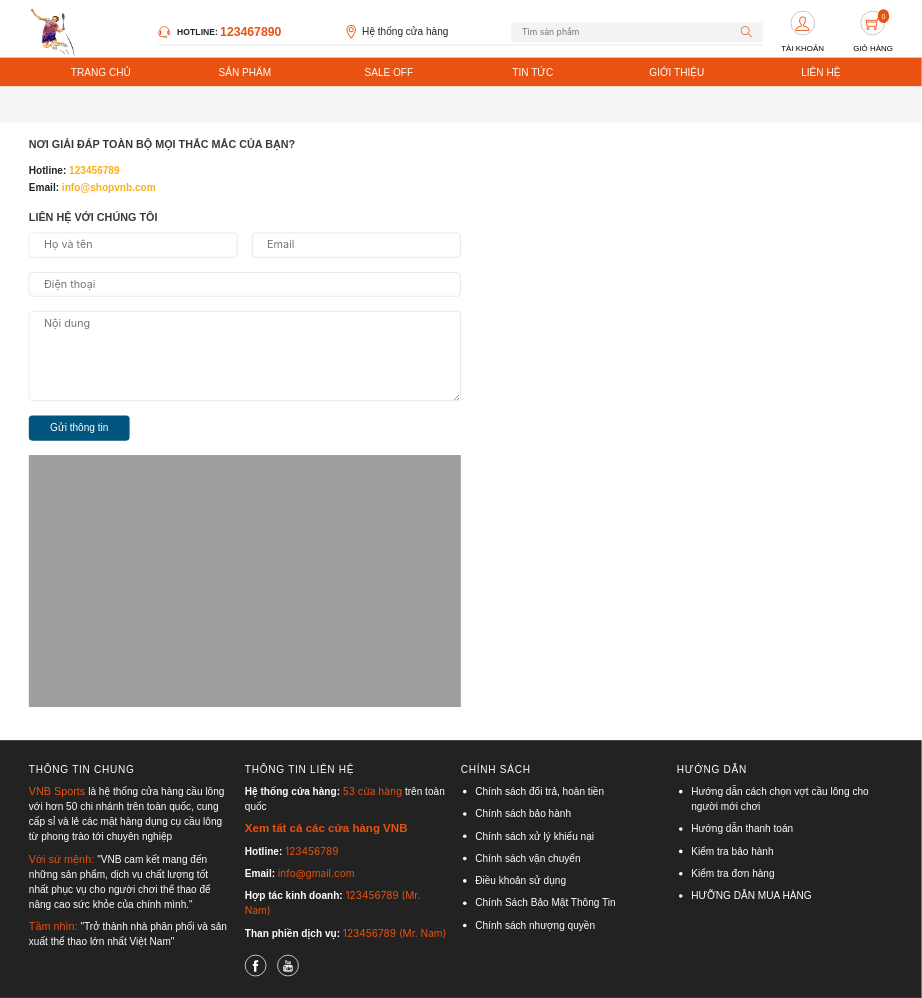
Repository: Namtran3107/CauLongSo1
Page: contact.html
An editor plug-in stored every save of this project. The page is shown before and after the next save, followed by the edit.
The browser window is 1280 px wide. The pictures show the whole page, at 72% of full size.
Pictures or frames that could not be fetched are drawn as grey boxes.

Above is the page before, as saved 2022-12-11 13:36:21.

### contact.html
<!DOCTYPE html>
<html lang="en">
<head>
    <meta charset="UTF-8">
    <meta http-equiv="X-UA-Compatible" content="IE=edge">
    <meta name="viewport" content="width=device-width, initial-scale=1.0">
    <link rel="stylesheet" href="./index.css">
    <link rel="stylesheet" href="./product.css">
    <link rel="stylesheet" href="./contact.css">
    <link rel="stylesheet" href="./themify-icons-font/themify-icons/themify-icons.css">
    <link rel="stylesheet" href="https://stackpath.bootstrapcdn.com/bootstrap/4.3.1/css/bootstrap.min.css" integrity="sha384-ggOyR0iXCbMQv3Xipma34MD+dH/1fQ784/j6cY/iJTQUOhcWr7x9JvoRxT2MZw1T" crossorigin="anonymous">
    <title>Cau Long So 1</title>
</head>
<body>
    <div id="body-all-website">
        <div id="body-width-all">
            <div id="header-website-top">
                <div class="header-website">
                    <div class="header-logo-and-account-all">
                        <a href="" class="header-logo-website">
                            <img src="./img/pngtree-badminton-fitness-little-boy-image_1289549.png" alt="" class="header-logo">
                        </a>
                        <div class="header-phone-location-search">
                            <div class="header-phone-location-search-list">
                                <div class="header-phone-number">
                                    <div class="header-logo-number"><div class="ti-headphone-alt"></div></div>
                                    <div class="header-content-phone-number">HOTLINE: </div>
                                    <div class="header-phone-number-item">123467890</div>
                                </div>
                                <div class="header-location-store">
                                    <div class="header-logo-location"><div class="ti-location-pin"></div></div>
                                    <div class="header-content-location">Hệ thống cửa hàng</div>
                                </div>
                                <div class="header-search-product">
                                    <input type="text" name="" id="" class="header-input-search" placeholder="Tìm sản phẩm">
                                    <a href="" class="header-logo-search"><div class="ti-search"></div></a>
                                    <div class="header-input-history-all">
                                        <div class="header-input-history-list">
                                            <div class="header-input-history-content">
                                                <div class="header-input-history-name-content">Tìm kiếm gần đây</div>
                                            </div>
                                            <div class="header-input-history-item">
                                                <a href="" class="input-history-img"><img src="./img/history.PNG" alt=""></a>
                                                <div class="input-history-name-procduc-and-price">
                                                    <a href="" class="input-history-name-procduc"><div>Giày cầu lông trẻ em Kumpoo KH-F07J xanh chính hãng</div></a>
                                                    <div class="input-history-product-price">690.000 ₫</div>
                                                </div>
                                                <a href="" class="input-history-delete"><div class="ti-close"></div></a>
                                            </div>
                                            <div class="header-input-history-item">
                                                <a href="" class="input-history-img"><img src="./img/history.PNG" alt=""></a>
                                                <div class="input-history-name-procduc-and-price">
                                                    <a href="" class="input-history-name-procduc"><div>Giày cầu lông trẻ em Kumpoo KH-F07J xanh chính hãng</div></a>
                                                    <div class="input-history-product-price">690.000 ₫</div>
                                                </div>
                                                <a href="" class="input-history-delete"><div class="ti-close"></div></a>
                                            </div>
                                            <div class="header-input-history-item">
                                                <a href="" class="input-history-img"><img src="./img/history.PNG" alt=""></a>
                                                <div class="input-history-name-procduc-and-price">
                                                    <a href="" class="input-history-name-procduc"><div>Giày cầu lông trẻ em Kumpoo KH-F07J xanh chính hãng</div></a>
                                                    <div class="input-history-product-price">690.000 ₫</div>
                                                </div>
                                                <a href="https://www.facebook.com/" class="input-history-delete"><div class="ti-close"></div></a>
                                            </div>
                                        </div>
                                    </div>
                                </div>
                            </div>
                        </div>
                        <div class="header-account-website">
                            <div class="account-header-list">
                                <div class="account-website">
                                    <div class="logo-account-website">
                                        <div class="ti-user"></div>
                                        <div class="content-account-website content-account-website-color">TÀI KHOẢN</div>
                                        <div class="account-login-and-register">
                                            <a href="" class="account-login-register-list">
                                                <div class="account-login-register-logo"><div class="ti-share"></div></div>
                                                <div class="ccount-login-register-content">Đăng nhập</div>
                                            </a>
                                            <a href="" class="account-login-register-list">
                                                <div class="account-login-register-logo"><div class="ti-share-alt"></div></div>
                                                <div class="ccount-login-register-content">Đăng ký</div>
                                            </a>
                                        </div>
                                    </div>
                                    <div class="cart-website-header">
                                        <a href="" class="cart-website">
                                            <div class="ti-shopping-cart"></div>
                                            <div class="content-cart-website content-account-website-color">GIỎ HÀNG</div>
                                        </a>
                                        <div class="cart-list">
                                            <div class="cart-list-son">
                                                <div class="cart-list-logo"><div class="ti-bag"></div></div>
                                                <span class="cart-list-text">Không có sản phẩm nào trong giỏ hàng của bạn</span>
                                            </div>
                                        </div>
                                    </div>
                                </div>
                            </div>
                        </div>
                    </div>
                    <div class="header-menu-website">
                        <ul class="menu-website-list">
                            <li><a href="./index.html" class="menu-website-item">TRANG CHỦ</a></li>
                            <li><a href="./product.css" class="menu-website-item">SẢN PHẨM</a></li>
                            <li><a href="./saleoff.html" class="menu-website-item">SALE OFF</a></li>
                            <li><a href="./news.html" class="menu-website-item">TIN TỨC</a></li>
                            <li><a href="./recomend.html" class="menu-website-item">GIỚI THIỆU</a></li>
                            <li><a href="" class="menu-website-item">LIÊN HỆ</a></li>
                        </ul>
                    </div>
                    <div class="header-menu-website-bottom-background"></div>
                </div>
            </div>
            <div id="body-contact-all">
                <div class="body-contact-list">
                    <div class="body-contact-item">
                        <div class="body-input-contact">
                            <div class="header-content-contact">NƠI GIẢI ĐÁP TOÀN BỘ MỌI THẮC MẮC CỦA BẠN?</div>
                            <div class="contact-phone-and-email">
                                <span class="contact-phone-email-text">Hotline: </span>
                                <a href="" class="contact-phone-email-link">123456789</a>
                            </div>
                            <div class="contact-phone-and-email contact-phone-and-email-margin">
                                <span class="contact-phone-email-text">Email: </span>
                                <a href="" class="contact-phone-email-link">info@shopvnb.com</a>
                            </div>
                            <div class="header-content-contact">LIÊN HỆ VỚI CHÚNG TÔI</div>
                            <div class="contact-input-all">
                                <div class="contact-input-name-and-email-all">
                                    <input type="text" class="contact-input-name-and-email" placeholder="Họ và tên">
                                    <input type="email" class="contact-input-name-and-email" placeholder="Email">
                                </div>
                                <input type="number" class="contact-input-number" placeholder="Điện thoại">
                                <textarea name="" id="" cols="100%" rows="5" placeholder="Nội dung" class="contact-input-text"></textarea>
                                <input type="button" class="contact-submit" value="Gửi thông tin">
                            </div>
                        </div>
                        <iframe src="https://www.google.com/maps/embed?pb=!1m18!1m12!1m3!1d3919.6051333772075!2d106.67120151474893!3d10.764884492329365!2m3!1f0!2f0!3f0!3m2!1i1024!2i768!4f13.1!3m3!1m2!1s0x31752ee10a99ee19%3A0xa24c4b785ce479b!2zMzMgVsSpbmggVmnhu4VuLCBQaMaw4budbmcgMiwgUXXhuq1uIDEwLCBUaMOgbmggcGjhu5EgSOG7kyBDaMOtIE1pbmgsIFZp4buHdCBOYW0!5e0!3m2!1svi!2s!4v1670655323441!5m2!1svi!2s" width="100%" height="350" style="border:0;" allowfullscreen="" loading="lazy" referrerpolicy="no-referrer-when-downgrade"></iframe>
                    </div>
                    <div class="body-contact-item"></div>
                </div>
            </div>

            <div id="footer-website-bottom">
                <div id="footer-website-all">
                    <div class="footer-website-list">
                        <div class="footer-website-item">
                            <div class="footer-website-item-header">THÔNG TIN CHUNG</div>
                            <div class="footer-website-item-text">
                                <div class="footer-item-text-son">
                                    <span class="footer-website-item-bold-first">VNB Sports </span>
                                    <span class="footer-website-item-last">là hệ thống cửa hàng cầu lông với hơn 50 chi nhánh trên toàn quốc, cung cấp sỉ và lẻ các mặt hàng dụng cụ cầu lông từ phong trào tới chuyên nghiệp</span>
                                </div>
                                <div class="footer-item-text-son">
                                    <span class="footer-website-item-bold-first">Với sứ mệnh: </span>
                                    <span class="footer-website-item-last">"VNB cam kết mang đến những sản phẩm, dịch vụ chất lượng tốt nhất phục vụ cho người chơi thể thao để nâng cao sức khỏe của chính mình."</span>
                                </div>
                                <div class="footer-item-text-son">
                                    <span class="footer-website-item-bold-first">Tầm nhìn: </span>
                                    <span class="footer-website-item-last">"Trở thành nhà phân phối và sản xuất thể thao lớn nhất Việt Nam"</span>
                                </div>
                            </div>
                        </div>
                        <div class="footer-website-item">
                            <div class="footer-website-item-header">THÔNG TIN LIÊN HỆ</div>
                            <div class="footer-website-item-text">
                                <div class="footer-website-item-contact">
                                    <span class="footer-website-item-contact-bold">Hệ thống cửa hàng: </span>
                                    <a href="" class="footer-website-item-contact-color">53 cửa hàng </a>
                                    <span class="footer-website-item-contact-text">trên toàn quốc</span>
                                </div>
                                <div class="footer-website-item-contact">
                                    <a href="" class="footer-website-item-location">Xem tất cả các cửa hàng VNB</a>
                                </div>
                                <div class="footer-website-item-contact">
                                    <span class="footer-website-item-contact-bold">Hotline: </span>
                                    <span class="footer-website-item-contact-color">123456789</span>
                                </div>
                                <div class="footer-website-item-contact">
                                    <span class="footer-website-item-contact-bold">Email: </span>
                                    <span class="footer-website-item-contact-color">info@gmail.com</span>
                                </div>
                                <div class="footer-website-item-contact">
                                    <span class="footer-website-item-contact-bold">Hợp tác kinh doanh: </span>
                                    <span class="footer-website-item-contact-color">123456789 (Mr. Nam)</span>
                                </div>
                                <div class="footer-website-item-contact">
                                    <span class="footer-website-item-contact-bold">Than phiền dịch vụ: </span>
                                    <span class="footer-website-item-contact-color">123456789 (Mr. Nam)</span>
                                </div>
                                <div class="footer-website-item-contact">
                                    <a href="" class="footer-website-item-contact-icon"><div class="ti-facebook"></div></a>
                                    <a href="" class="footer-website-item-contact-icon"><div class="ti-youtube"></div></a>
                                </div>
                            </div>
                        </div>
                        <div class="footer-website-item">
                            <div class="footer-website-item-header">CHÍNH SÁCH</div>
                            <ul class="footer-website-item-text">
                                <li class="footer-website-item-text-li">
                                    <a href="" class="footer-website-item-text-a">Chính sách đổi trả, hoàn tiền</a>
                                </li>
                                <li class="footer-website-item-text-li">
                                    <a href="" class="footer-website-item-text-a">Chính sách bảo hành</a>
                                </li>
                                <li class="footer-website-item-text-li">
                                    <a href="" class="footer-website-item-text-a">Chính sách xử lý khiếu nại</a>
                                </li>
                                <li class="footer-website-item-text-li">
                                    <a href="" class="footer-website-item-text-a">Chính sách vận chuyển</a>
                                </li>
                                <li class="footer-website-item-text-li">
                                    <a href="" class="footer-website-item-text-a">Điều khoản sử dụng</a>
                                </li>
                                <li class="footer-website-item-text-li">
                                    <a href="" class="footer-website-item-text-a">Chính Sách Bảo Mật Thông Tin</a>
                                </li>
                                <li class="footer-website-item-text-li">
                                    <a href="" class="footer-website-item-text-a">Chính sách nhượng quyền</a>
                                </li>
                            </ul>
                        </div>
                        <div class="footer-website-item">
                            <div class="footer-website-item-header">HƯỚNG DẪN</div>
                            <ul class="footer-website-item-text">
                                <li class="footer-website-item-text-li">
                                    <a href="" class="footer-website-item-text-a">Hướng dẫn cách chọn vợt cầu lông cho người mới chơi</a>
                                </li>
                                <li class="footer-website-item-text-li">
                                    <a href="" class="footer-website-item-text-a">Hướng dẫn thanh toán</a>
                                </li>
                                <li class="footer-website-item-text-li">
                                    <a href="" class="footer-website-item-text-a">Kiểm tra bảo hành</a>
                                </li>
                                <li class="footer-website-item-text-li">
                                    <a href="" class="footer-website-item-text-a">Kiểm tra đơn hàng</a>
                                </li>
                                <li class="footer-website-item-text-li">
                                    <a href="" class="footer-website-item-text-a">HƯỠNG DẪN MUA HÀNG</a>
                                </li>
                            </ul>
                        </div>
                    </div>
                </div>
            </div>
        </div>
    </div>
    <script src="https://code.jquery.com/jquery-3.3.1.slim.min.js" integrity="sha384-q8i/X+965DzO0rT7abK41JStQIAqVgRVzpbzo5smXKp4YfRvH+8abtTE1Pi6jizo" crossorigin="anonymous"></script>
    <script src="https://cdnjs.cloudflare.com/ajax/libs/popper.js/1.14.7/umd/popper.min.js" integrity="sha384-UO2eT0CpHqdSJQ6hJty5KVphtPhzWj9WO1clHTMGa3JDZwrnQq4sF86dIHNDz0W1" crossorigin="anonymous"></script>
    <script src="https://stackpath.bootstrapcdn.com/bootstrap/4.3.1/js/bootstrap.min.js" integrity="sha384-JjSmVgyd0p3pXB1rRibZUAYoIIy6OrQ6VrjIEaFf/nJGzIxFDsf4x0xIM+B07jRM" crossorigin="anonymous"></script>
</body>
</html>

### contact.css
.body-contact-list{
    width: 1200px;
    margin: 0 auto;
    margin-top: 20px;
}
.body-contact-item{
    width: 50%;
}
.contact-input-all{
    display: flex;
    flex-direction: column;
}
.header-content-contact{
    font-size: 15px;
    font-family: sans-serif;
    font-weight: 600;
    opacity: 0.9;
}
.contact-phone-email-text{
    font-size: 14px;
    font-family: sans-serif;
    font-weight: 600;
}
.contact-phone-email-link{
    font-size: 14px;
    font-family: sans-serif;
    color: #fcaf17;
    font-weight: 600;
}
.contact-phone-and-email-margin{
    margin-bottom: 20px;
}
.header-content-contact{
    margin-bottom: 10px;
}
.contact-input-name-and-email{
    width: calc(calc(100% / 2) - 10px);
    padding: 5px 20px;
    outline: none;
    font-size: 15px;
    border-radius: 5px;
    border: 1px solid #e1e1e1;
}
.contact-input-number, .contact-input-text{
    padding: 5px 20px;
    outline: none;
    font-size: 15px;
    border-radius: 5px;
    border: 1px solid #e1e1e1;
    margin-bottom: 20px;
}
.contact-input-name-and-email-all{
    display: flex;
    justify-content: space-between;
    margin-bottom: 20px;
}
.contact-submit{
    width: 140px;
    height: 35px;
    font-size: 14px;
    font-family: sans-serif;
    color: white;
    background-color: #01567f;
    border: 0px;
    border-radius: 5px
}
.body-input-contact{
    margin-bottom: 20px;
}

Loaded but not shown: themify-icons-font/themify-icons/themify-icons.css (common file); index.css (806 lines, source omitted); product.css (304 lines, source omitted)

After the next save:
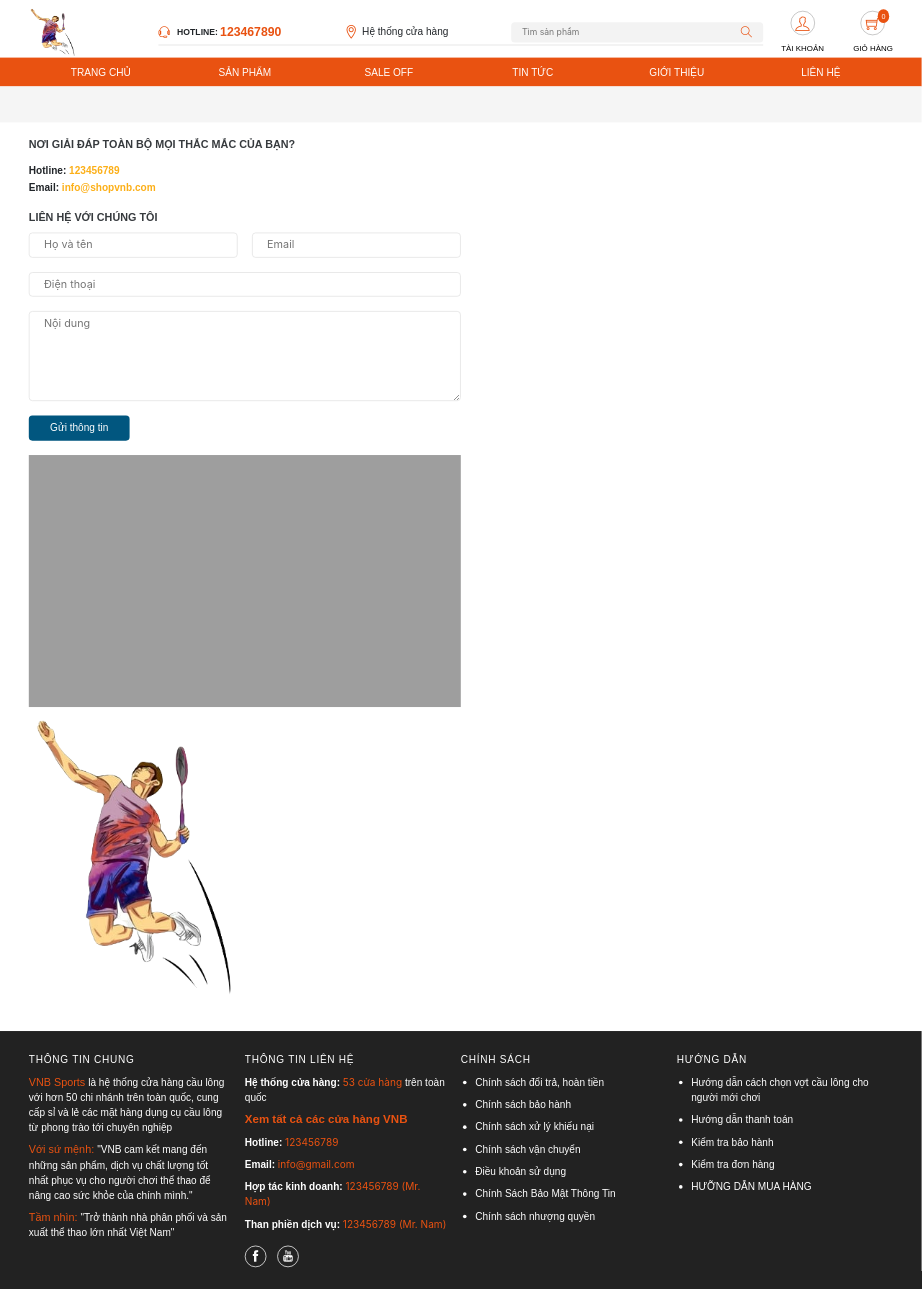
Saved 2 min 32 s later.
--- a/contact.html
+++ b/contact.html
@@ -140,7 +140,14 @@
                         </div>
                         <iframe src="https://www.google.com/maps/embed?pb=!1m18!1m12!1m3!1d3919.6051333772075!2d106.67120151474893!3d10.764884492329365!2m3!1f0!2f0!3f0!3m2!1i1024!2i768!4f13.1!3m3!1m2!1s0x31752ee10a99ee19%3A0xa24c4b785ce479b!2zMzMgVsSpbmggVmnhu4VuLCBQaMaw4budbmcgMiwgUXXhuq1uIDEwLCBUaMOgbmggcGjhu5EgSOG7kyBDaMOtIE1pbmgsIFZp4buHdCBOYW0!5e0!3m2!1svi!2s!4v1670655323441!5m2!1svi!2s" width="100%" height="350" style="border:0;" allowfullscreen="" loading="lazy" referrerpolicy="no-referrer-when-downgrade"></iframe>
                     </div>
-                    <div class="body-contact-item"></div>
+                    <div class="body-contact-item">
+                        <div class="contact-location-tiem">
+                            <a href="" class="contact-logo">
+                                <img src="./img/pngtree-badminton-fitness-little-boy-image_1289549.png" alt="" class="contact-logo-img">
+                            </a>
+
+                        </div>
+                    </div>
                 </div>
             </div>
 
